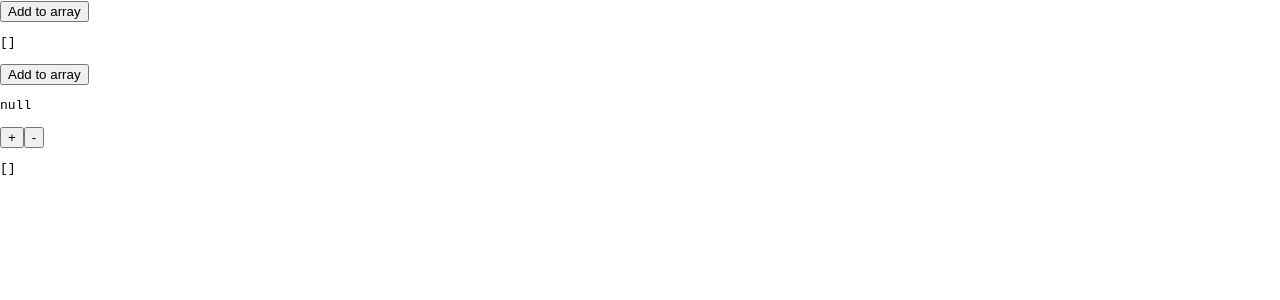
Repository: OmniaRafat232111121/Hookstypescript
Page: /
These files come from the project's save history. The page is drawn as it stood at one moment and after a run of saves; the edit follows.
The browser window is 1280 px wide. The pictures show the whole page.
The project was rebuilt for these pictures with package versions that can differ from the ones it lists, and the page was loaded fresh each time.

Above is the page before, as saved 2022-09-18 02:30:22.

### src/App.tsx
import UseStateComponent from"./components/UseStateComponent"
function App() {
  return (
    <div>
     <UseStateComponent/>
    </div>
  );
}

export default App;

### src/components/UseStateComponent.tsx
import { useState } from "react";

function UseStateComponent(){
const [arr,arrSet]=useState<number[]>([]);
const [name,nameSet]=useState<string|null>(null);
const [clicks,setclicks]=useState<number[]|null>([]);
return(
    <div>
        <div>
            <button onClick={()=>arrSet([
                ...arr,
                arr.length+1
            ])}>Add to array</button>
          <pre>{JSON.stringify(arr)}</pre>
        </div>

        <div>
            <button onClick={()=>nameSet("omnia")}>Add to array</button>
          <pre>{JSON.stringify(name)}</pre>
        </div>

        <div>
        <button onClick={() => setClicks(clicks+1)}>+</button>
    <button onClick={() => setClicks(clicks-1)}>-</button>
          <pre>{JSON.stringify(clicks)}</pre>
        </div>
    </div>

);
}
export default UseStateComponent;

Loaded but not shown: public/index.html (common file); src/index.tsx (common file); src/index.css (common file); src/reportWebVitals.ts (common file)

After the next 6 saves:
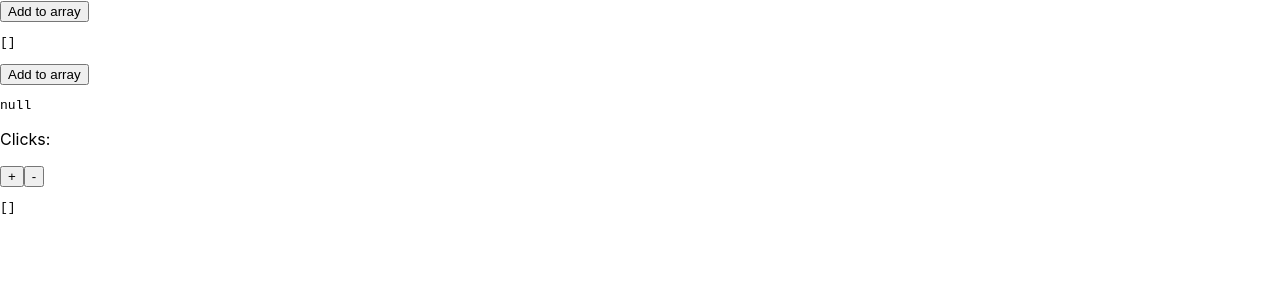
The 6 saves are shown as one change because they came seconds apart.
The last was saved 34 s later.
--- a/src/components/UseStateComponent.tsx
+++ b/src/components/UseStateComponent.tsx
@@ -20,8 +20,9 @@ return(
         </div>
 
         <div>
-        <button onClick={() => setClicks(clicks+1)}>+</button>
-    <button onClick={() => setClicks(clicks-1)}>-</button>
+        <p>Clicks: {clicks}</p>
+         <button onClick={() => setClicks(clicks+1)}>+</button>
+         <button onClick={() => setClicks(clicks-1)}>-</button>
           <pre>{JSON.stringify(clicks)}</pre>
         </div>
     </div>
